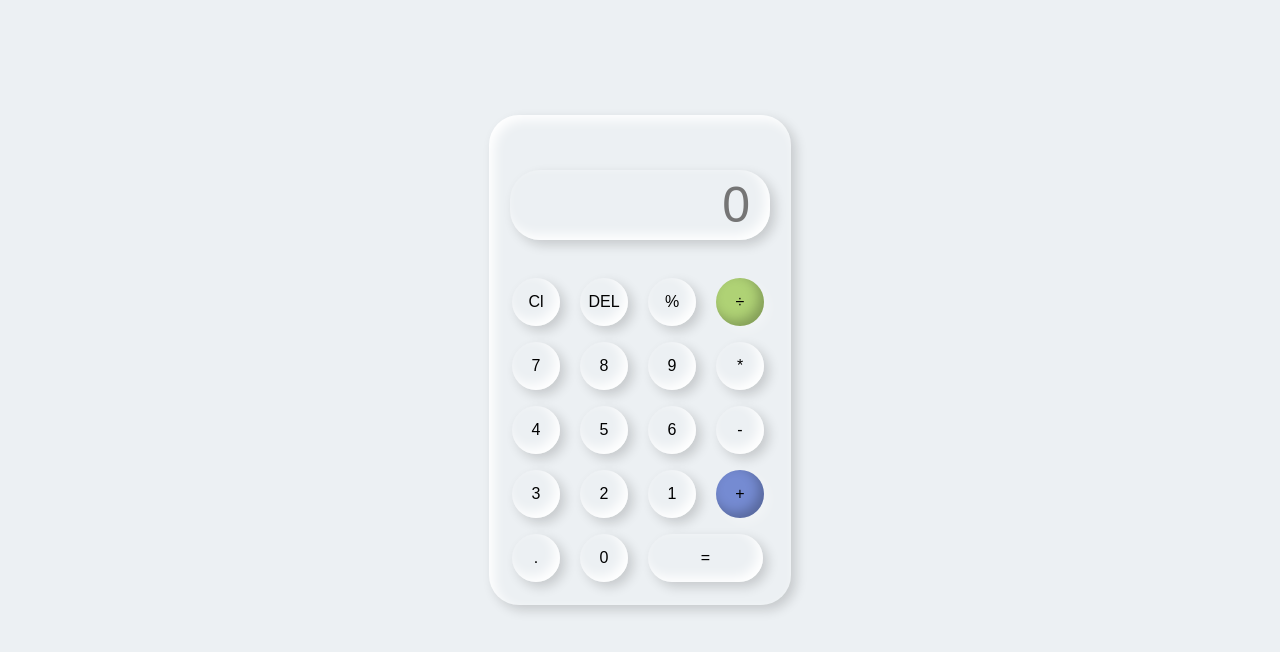
Repository: Mayur2905/OIBSIP
Page: Task-3/index.html
The author's editor kept a copy of each file at every save. The page is drawn from the files as they stood at one save, then again after the next save.
The browser window is 1280 px wide. The pictures show the whole page.

Above is the page before, as saved 2022-02-02 15:44:13.

After the next save:
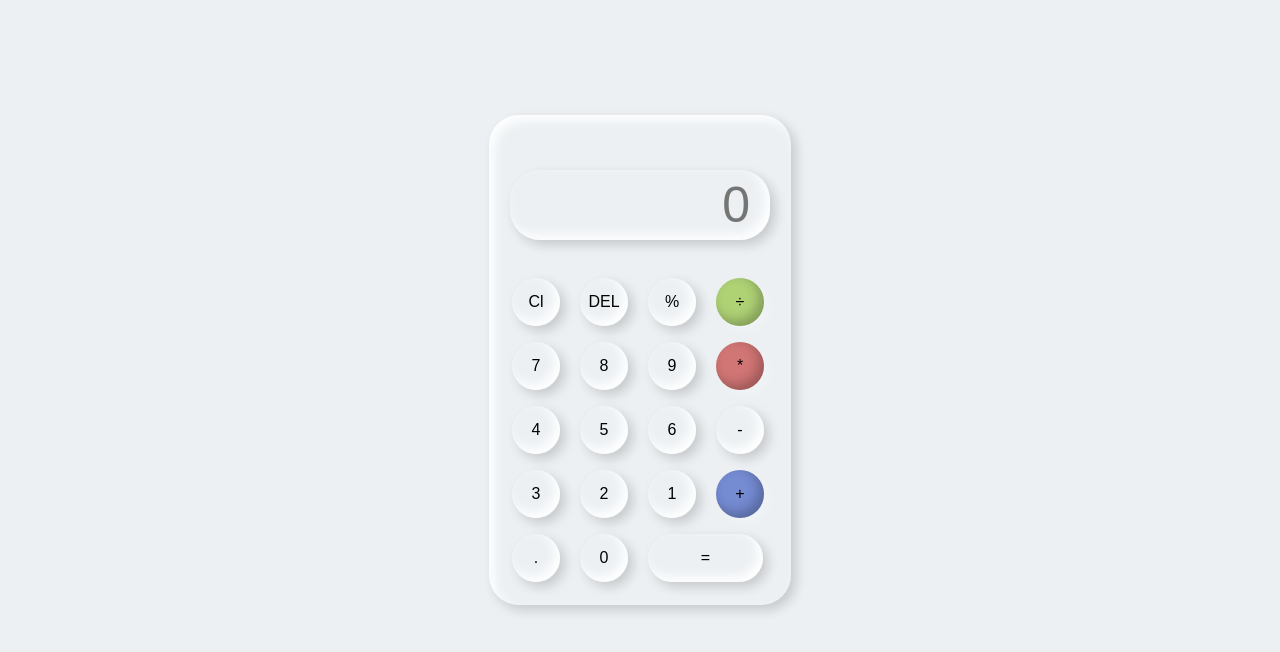
Saved 10 s later.
--- a/Task-3/style.css
+++ b/Task-3/style.css
@@ -59,7 +59,7 @@ button {
     5px 5px 12px rgba(255, 255, 255, 0.3);
 }
 
-.mul {
+.mult {
   background-color: #d27575;
   box-shadow: inset -5px -5px 12px rgba(0, 0, 0, 0.25),
     5px 5px 12px rgba(255, 255, 255, 0.3);
